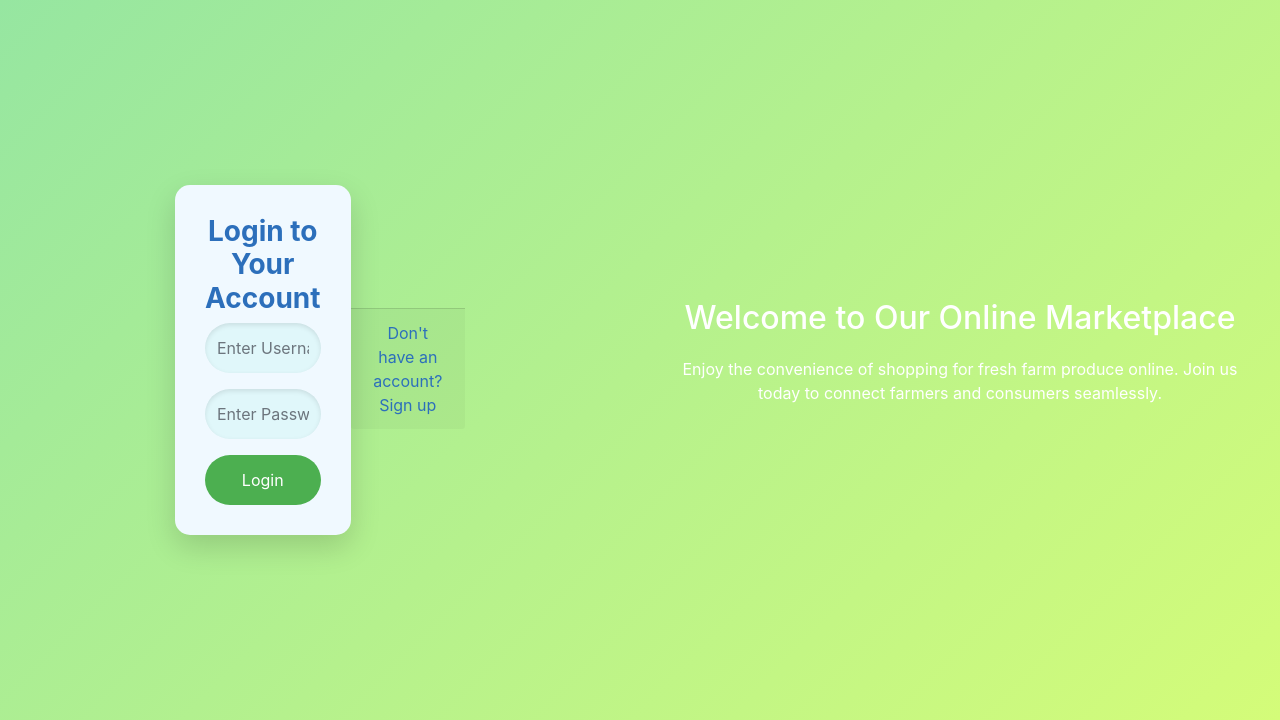
Repository: Dineshbabu290904/DigiMart
Page: http://localhost/DigiMart/login.jsp
These files come from the project's save history. The page is drawn as it stood at one moment and after the next save; the edit follows.
The browser window is 1280 px wide. The pictures show the whole page.
Some web libraries are served in a nearby version. The page is served by Tomcat 9. Other server files are loaded and not shown.

Above is the page before, as saved 2024-10-16 15:09:05.

### DigiMart/src/main/webapp/login.jsp
<!DOCTYPE html>
<html lang="en">
<head>
    <meta charset="UTF-8">
    <meta name="viewport" content="width=device-width, initial-scale=1.0">
    <title>Login</title>
    <!-- Bootstrap CSS CDN -->
    <link href="https://stackpath.bootstrapcdn.com/bootstrap/4.5.2/css/bootstrap.min.css" rel="stylesheet">
    <!-- Custom CSS -->
    <style>
        body {
            background: linear-gradient(135deg, #96e6a1 0%, #d4fc79 100%); /* Light green gradient */
            display: flex;
            min-height: 100vh;
        }
        .login-section {
            display: flex;
            align-items: center;
            justify-content: center;
            min-height: 100vh;
        }
        .login-card {
            border-radius: 15px;
            background: #f0f9ff; /* Light blue background */
            padding: 30px;
            box-shadow: 0 12px 30px rgba(0, 0, 0, 0.15); /* Soft shadow */
            transition: transform 0.3s ease;
        }
        .login-card:hover {
            transform: translateY(-5px); /* Subtle hover lift */
        }
        .login-card h3 {
            font-weight: bold;
            color: #2c6fbb; /* Cool blue for headings */
        }
        .login-card .form-control {
            border-radius: 25px;
            height: 50px;
            background-color: #e0f7fa; /* Light cyan background for inputs */
            border: none;
            box-shadow: inset 0 2px 5px rgba(0, 0, 0, 0.1);
        }
        .btn-custom {
            border-radius: 25px;
            padding: 12px 25px;
            background-color: #4caf50; /* Light green button */
            color: white;
        }
        .card-footer a {
            color: #2c6fbb;
        }
        .description-section {
            text-align: center;
            color: white;
            padding: 40px;
        }
        .description-section h2 {
            font-size: 2rem;
            margin-bottom: 20px;
        }
    </style>
</head>
<body>

<div class="container-fluid">
    <div class="row login-section">
        <!-- Left Side: Login Form -->
        <div class="col-md-6 d-flex align-items-center justify-content-center">
            <div class="login-card">
                <h3 class="text-center">Login to Your Account</h3>
                <form action="login" method="post">
                    <div class="form-group">
                        <input type="text" class="form-control" id="username" name="username" placeholder="Enter Username" required>
                    </div>
                    <div class="form-group">
                        <input type="password" class="form-control" id="password" name="password" placeholder="Enter Password" required>
                    </div>
                    <button type="submit" class="btn btn-custom btn-block">Login</button>
                </form>
                    </div>
                    <div class="card-footer text-center mt-3">
                        <a href="signup.jsp">Don't have an account? Sign up</a>
                    </div>
                </div>
            </div>
        </div>
    </div>
	<!-- Right Side: Description -->
        <div class="col-md-6 d-none d-md-flex align-items-center justify-content-center description-section">
            <div>
                <h2>Welcome to Our Online Marketplace</h2>
                <p>Enjoy the convenience of shopping for fresh farm produce online. Join us today to connect farmers and consumers seamlessly.</p>
            </div>
        </div>
    <!-- Bootstrap JS and dependencies -->
    <script src="https://code.jquery.com/jquery-3.5.1.slim.min.js"></script>
    <script src="https://cdn.jsdelivr.net/npm/@popperjs/core@2.5.3/dist/umd/popper.min.js"></script>
    <script src="https://stackpath.bootstrapcdn.com/bootstrap/4.5.2/js/bootstrap.min.js"></script>
</body>
</html>

After the next save:
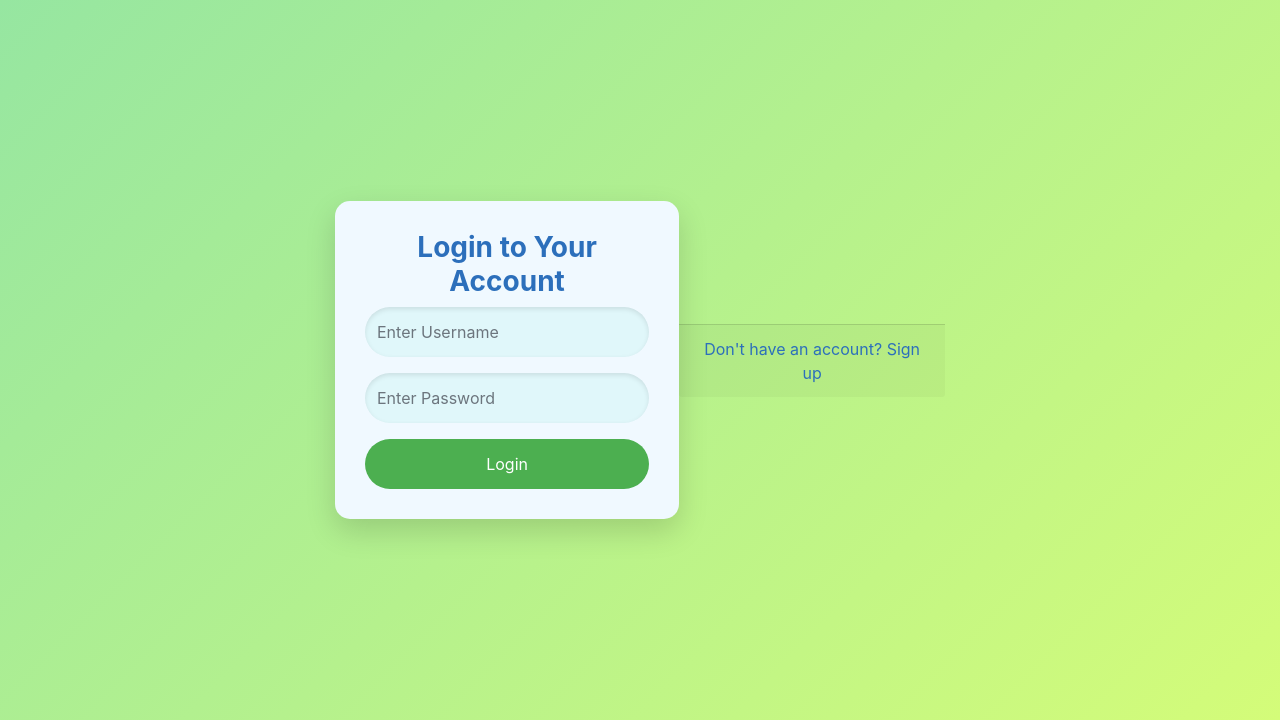
Saved 31 s later.
--- a/DigiMart/src/main/webapp/login.jsp
+++ b/DigiMart/src/main/webapp/login.jsp
@@ -78,20 +78,14 @@
                     <button type="submit" class="btn btn-custom btn-block">Login</button>
                 </form>
                     </div>
-                    <div class="card-footer text-center mt-3">
+                    <div class="card-footer text-center">
                         <a href="signup.jsp">Don't have an account? Sign up</a>
                     </div>
                 </div>
             </div>
         </div>
     </div>
-	<!-- Right Side: Description -->
-        <div class="col-md-6 d-none d-md-flex align-items-center justify-content-center description-section">
-            <div>
-                <h2>Welcome to Our Online Marketplace</h2>
-                <p>Enjoy the convenience of shopping for fresh farm produce online. Join us today to connect farmers and consumers seamlessly.</p>
-            </div>
-        </div>
+
     <!-- Bootstrap JS and dependencies -->
     <script src="https://code.jquery.com/jquery-3.5.1.slim.min.js"></script>
     <script src="https://cdn.jsdelivr.net/npm/@popperjs/core@2.5.3/dist/umd/popper.min.js"></script>
